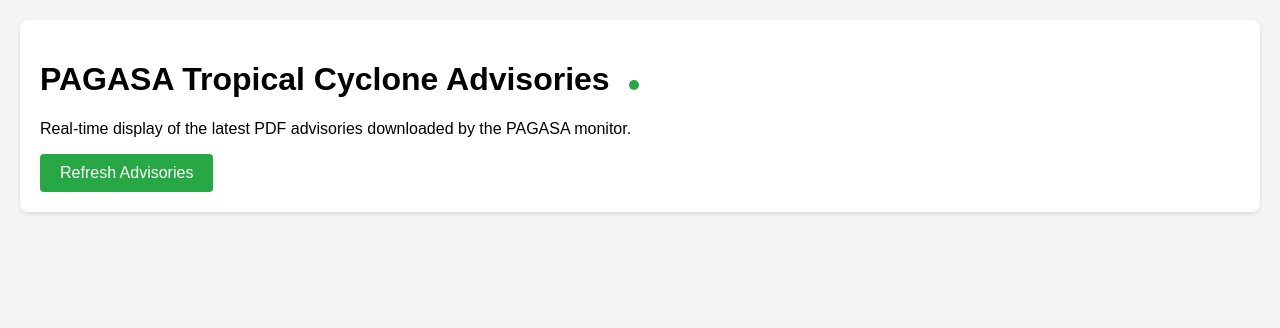
Repository: JetSpy-404/Heat-Mapping-For-Disaster-Risk-Prone-Areas
Page: pdf_viewer.html
The author's editor kept a copy of each file at every save. The page is drawn from the files as they stood at one save, then again after a run of saves.
The browser window is 1280 px wide. The pictures show the whole page.

Above is the page before, as saved 2025-11-08 16:47:06.

After the next 4 saves:
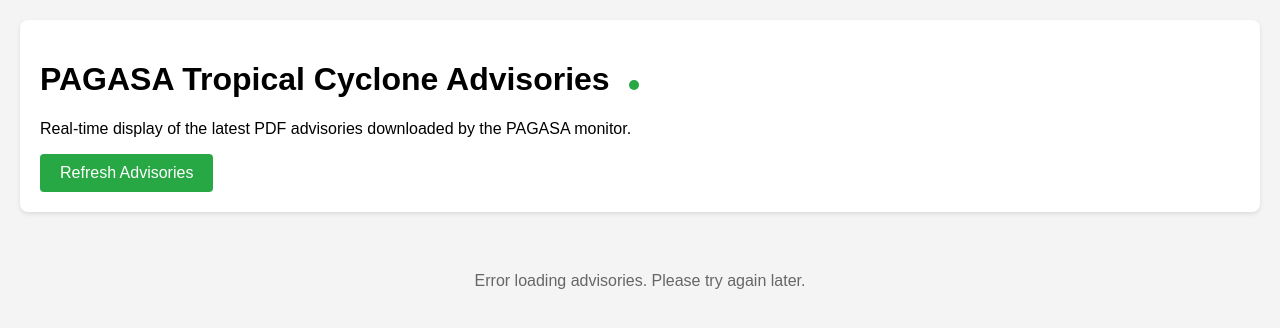
The 4 saves are shown as one change because they came seconds apart.
The last was saved 13 s later.
--- a/pdf_viewer.html
+++ b/pdf_viewer.html
@@ -164,3 +164,27 @@
                         </div>
                         <iframe src="${pdf.path}" type="application/pdf"></iframe>
                         <a href="${pdf.path}" class="download-link" target="_blank">Download PDF</a>
+                    </div>
+                `;
+            });
+
+            container.innerHTML = html;
+        }
+
+        function formatPDFTitle(filename) {
+            // Convert filename to readable title
+            return filename
+                .replace('.pdf', '')
+                .replace(/_/g, ' ')
+                .replace(/\b\w/g, l => l.toUpperCase());
+        }
+
+        function refreshPDFs() {
+            loadPDFs();
+        }
+
+        // Manual refresh function exposed globally
+        window.refreshPDFs = refreshPDFs;
+    </script>
+</body>
+</html>
